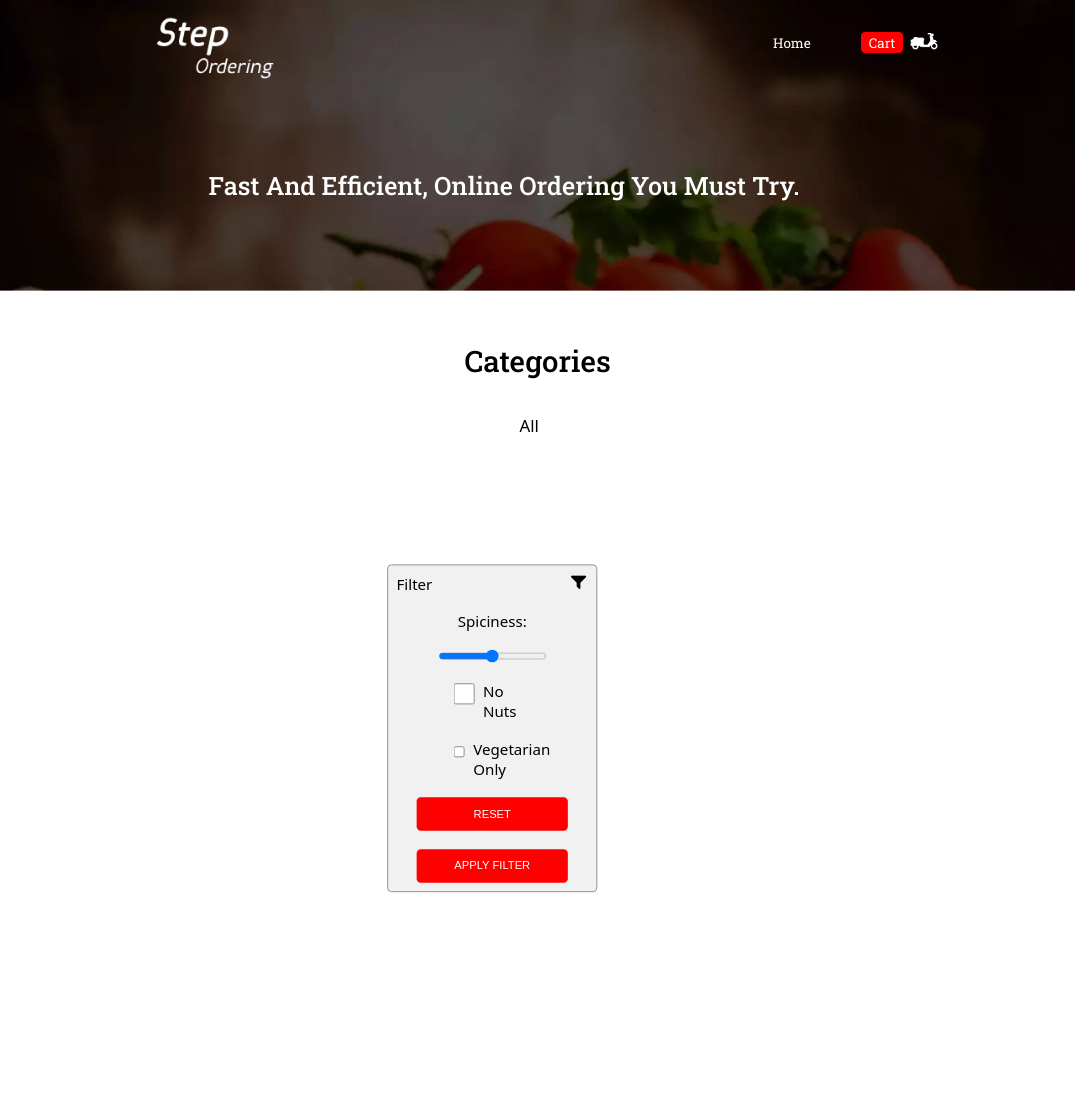
Repository: anastasia29-step/Online-Restaurant
Page: index.html
These files come from the project's save history. The page is drawn as it stood at one moment and after the next save; the edit follows.
The browser window is 1280 px wide. The pictures show the whole page, at 84% of full size.
Some web libraries are served in a nearby version.

Above is the page before, as saved 2026-03-10 15:03:22.
Not found: app.js/

### index.html
<!DOCTYPE html>
<html lang="en">

<head>
    <meta charset="UTF-8">
    <meta name="viewport" content="width=device-width, initial-scale=1.0">
    <title>Document</title>
    <link rel="stylesheet" href="style.css">
    <link rel="preconnect" href="https://fonts.googleapis.com">
    <link rel="preconnect" href="https://fonts.gstatic.com" crossorigin>
    <link href="https://fonts.googleapis.com/css2?family=Roboto+Slab:wght@100..900&display=swap" rel="stylesheet">
    <link rel="stylesheet" href="https://cdnjs.cloudflare.com/ajax/libs/font-awesome/7.0.1/css/all.min.css"
        integrity="sha512-2SwdPD6INVrV/lHTZbO2nodKhrnDdJK9/kg2XD1r9uGqPo1cUbujc+IYdlYdEErWNu69gVcYgdxlmVmzTWnetw=="
        crossorigin="anonymous" referrerpolicy="no-referrer" />
</head>

<body>

    <section class="FirstLine">

    <div class="beside" id="navbar">
        <div class="left">
            <a href="./index.html"><img src="./photo/logo.png" alt=""></a>
        </div>

        <div class="right">
            <a href="./index.html">Home</a>
            <a href="./Cart.html" class="a">Cart</a>
            <a href="./Cart.html">
                <img src="./photo/istockphoto-609074524-612x612 Background Removed.png" alt="">
            </a>
        </div>
    </div>

    <div class="bottom">
        <h1>Fast And Efficient, Online Ordering You Must Try.</h1>
    </div>

</section>
    <section class="section">
        <h1>Categories</h1>
        <ul>
            <li onclick="showAll()">All</li>
        </ul>
    </section>
    <form class="sectionCard">
        <div class="leftSide">
            <div class="filteredCard">
                <div class="first">
                    <p>Filter</p>
                    <i class="fa-solid fa-filter"></i>
                </div>
                <p>Spiciness:</p>
                <input type="range">
                <div class="next">
                    <input type="checkbox">
                    <p>No Nuts</p>
                </div>
                <div class="next">
                    <input type="checkbox">
                    <p>Vegetarian Only</p>
                </div>
                <button class="reset" onclick="reset()">RESET</button>
                <button class="apply" onclick="apply()">APPLY FILTER</button>
            </div>
        </div>
        <div class="rightSide">

        </div>
    </form>




    <script src="app.js\"></script>
</body>

</html>

### style.css
* {
    margin: 0;
    padding: 0;
    box-sizing: border-box;
}

.section {
    display: flex;
    flex-direction: column;
    justify-content: center;
    align-items: center;
    padding: 60px;
    gap: 10px;
}

.section h1 {
    font-style: bold;
    font-family: "Roboto Slab", serif;
    font-weight: 900;
}

ul {
    display: flex !important;
    justify-content: center;
    height: 90px;
    width: 1110px;
    flex-wrap: wrap;
    list-style: none;
    gap: 20px;
    font-family: system-ui, -apple-system, BlinkMacSystemFont, 'Segoe UI', Roboto, Oxygen, Ubuntu, Cantarell, 'Open Sans', 'Helvetica Neue', sans-serif;
    border-bottom: 3px wavy red;
    align-items: center;
}

ul::after {
    content: "";
    display: block;
    height: 6px;
    background-image: url("border.png");
    background-repeat: repeat-x;
    background-position: bottom;
}

.FirstLine {
    height: 48vh;
    background-image: url(./photo/inner_banner.jpg);
    background-position: center;
    background-repeat: no-repeat;
    background-size: cover;
    padding-left: 170px;
    padding-top: 20px;
}

.beside {
    display: flex;
    justify-content: space-between;
}

.beside .right {
    display: flex;
    gap: 20px;
    padding-right: 150px;
    padding-top: 20px;
}

.beside .right a {
    text-decoration: none;
    color: white;
    font-family: "Roboto Slab", serif;
}

.beside .right .a {
    background-color: red;
    width: 50px;
    height: 25px;
    padding-top: 2px;
    text-align: center;
    border-radius: 5px;
    margin-top: -2px;
    margin-left: 40px;
}

.beside .right .a:hover+a img {
    transform: translateX(50px);
}

.beside .right img {
    width: 60px;
    margin-top: -21px;
    margin-left: -25px;
    transition: transform 3.0s;
}

.FirstLine .bottom h1 {
    text-align: center;
    color: white;
    margin-top: 100px;
    margin-right: 250px;
    font-size: 30px;
    font-weight: 500;
    font-family: "Roboto Slab", serif;
}

.section h1 {
    font-weight: 500;
    font-size: 35px;
}

ul li {
    height: 100%;
    font-size: 20px;
    cursor: pointer;
    transition: 0.3s;
    display: flex;
    justify-content: center;
    align-items: center;

}

ul li:hover {
    background-color: red;
    color: white;

}

.sectionCard {
    display: flex;
    width: 100%;
    height: 100vh;
    padding: 60px;
    gap: 10px;
    justify-content: center;
}
.leftSide{
    width: 30%;
}
.filteredCard {
    width: 250px;
    height: 390px;
    display: flex;
    flex-direction: column;
    justify-content: space-between;
    align-items: center;
    padding: 10px;
    background-color: #F1F1F1;
    border: 1px solid grey;
    border-radius: 5px;
    font-family: system-ui, -apple-system, BlinkMacSystemFont, 'Segoe UI', Roboto, Oxygen, Ubuntu, Cantarell, 'Open Sans', 'Helvetica Neue', sans-serif;
    font-size: 18px;
}

.first {
    display: flex;
    width: 100%;
    justify-content: space-between;
}

.next {
    display: flex;
    width: 40%;
    gap: 10px;
    justify-content: flex-start;
}

.next input {
    width: 30px;
    height: 30px;
}

.filteredCard button {
    height: 40px;
    width: 180px;
    background-color: red;
    color: white;
    border: none;
    border-radius: 5px;
    cursor: pointer;
    transition: 0.5s;
}

.filteredCard button:hover {
    background-color: #FFCC00;
}

.rightSide {
    display: flex;
    justify-content: center;
    flex-wrap: wrap;
    gap: 30px;
}

.card {
    width: 270px;
    height: 420px;
    display: flex;
    flex-direction: column;
    align-items: center;
    justify-content: space-between;
    padding-bottom: 15px;
    border: 1px solid grey;
    border-radius: 17px;
}

.card img {
    width: 100%;
    height: 200px;
    object-fit: cover;
    border-top-left-radius: 17px;
    border-top-right-radius: 17px;
    background-color:#CFCFCF;
}
.card h1{
    font-size: 20px;
    font-family: system-ui, -apple-system, BlinkMacSystemFont, 'Segoe UI', Roboto, Oxygen, Ubuntu, Cantarell, 'Open Sans', 'Helvetica Neue', sans-serif;
}
.sides {
    display: flex;
    justify-content: center;
    gap: 7px;
}

.checks {
    display: flex;
    gap: 3px;
}

.card .bottom {
    width: 100%;
    padding: 10px;
    display: flex;
    justify-content: space-between;
    align-items: center;
}

.card .bottom button {
    height: 40px;
    width: 120px;
    display: flex;
    justify-content: center;
    align-items: center;
    border: 1px solid black;
}

After the next save:
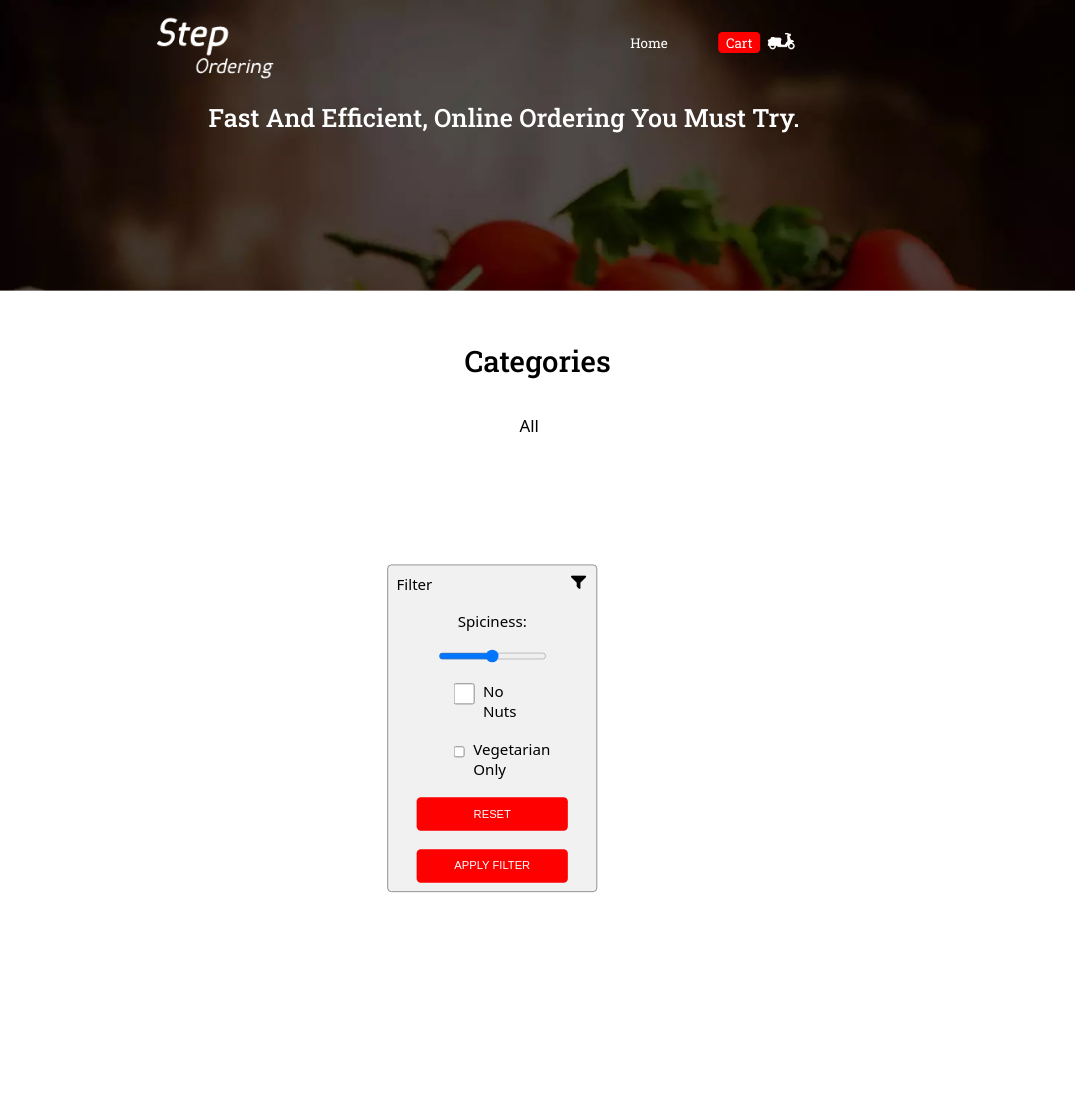
Saved 16 s later.
--- a/style.css
+++ b/style.css
@@ -51,9 +51,22 @@ ul::after {
     padding-top: 20px;
 }
 
-.beside {
-    display: flex;
-    justify-content: space-between;
+.beside{
+    position: fixed;
+    top:0;
+    left:0;
+    width:100%;
+    display:flex;
+    justify-content:space-between;
+    padding:20px 170px;
+    transition:0.3s;
+    z-index:1000;
+}
+
+.beside.active{
+    backdrop-filter: blur(10px);
+    background: rgba(0,0,0,0.5);
+    border-bottom:1px solid white;
 }
 
 .beside .right {
